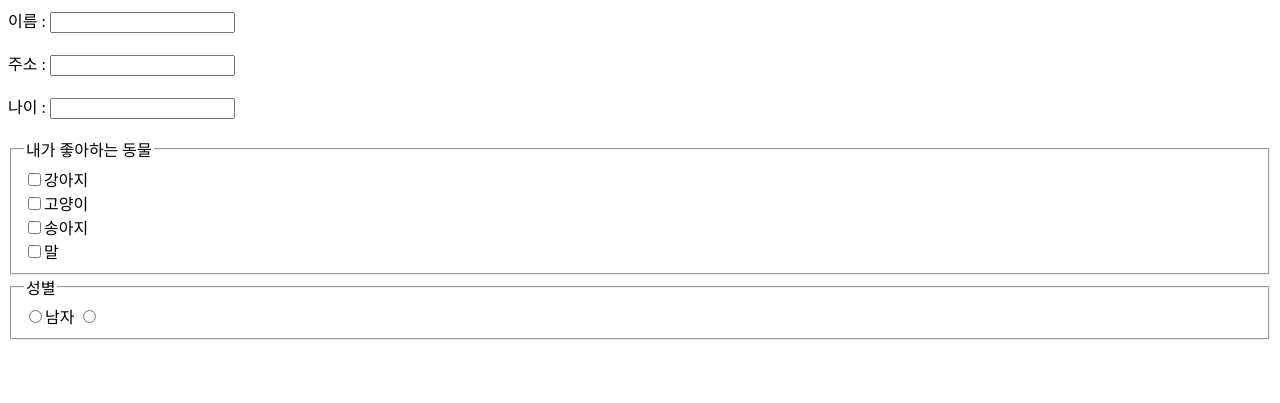
Repository: HyoJun-A/jsp
Page: practice01/WebContent/input.html
The author's editor kept a copy of each file at every save. The page is drawn from the files as they stood at one save, then again after the next save.
The browser window is 1280 px wide. The pictures show the whole page.

Above is the page before, as saved 2022-10-17 07:04:52.

### practice01/WebContent/input.html
<!DOCTYPE html>
<html>
<head>
<meta charset="UTF-8">
<title>입력 데이터 처리와 주고 받기</title>
</head>
<body>
<form name="indata" action="test04.jsp" method="post">
	이름 : <input type="text" name="name"><br><br>
	주소 : <input type="text" name="addr"><br><br>
	나이 : <input type="number" name="age"><br><br>
	<fieldset>
		<legend>내가 좋아하는 동물</legend>
		<input type="checkbox" name="pet" value="dog" />강아지<br>
		<input type="checkbox" name="pet" value="cat" />고양이<br>
		<input type="checkbox" name="pet" value="cow" />송아지<br>
		<input type="checkbox" name="pet" value="horse" />말<br>
	</fieldset>
	<fieldset>
		<legend>성별</legend>
		<input type="radio" name="male" value="M" />남자
		<input type="radio" name="male" value
	</fieldset>
</form>
</body>
</html>

After the next save:
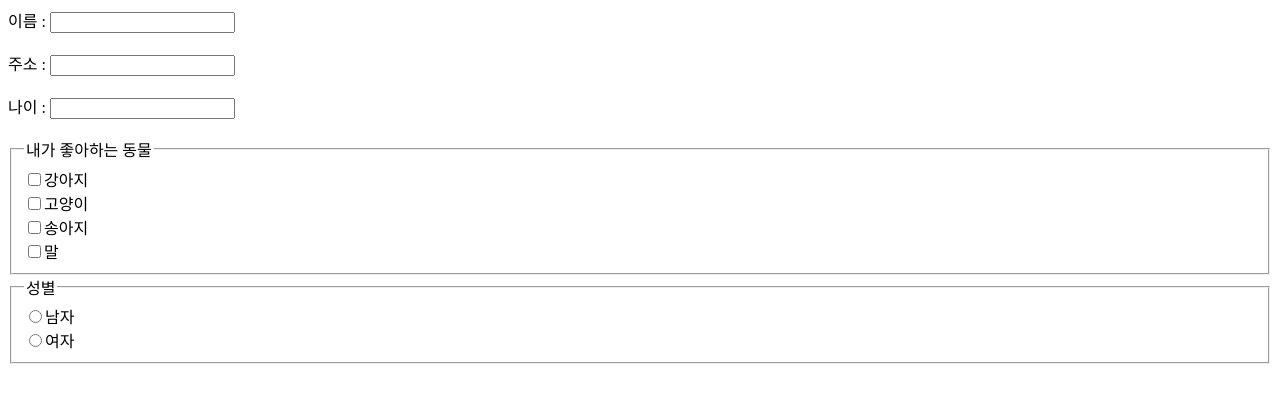
Saved 10 s later.
--- a/practice01/WebContent/input.html
+++ b/practice01/WebContent/input.html
@@ -18,8 +18,8 @@
 	</fieldset>
 	<fieldset>
 		<legend>성별</legend>
-		<input type="radio" name="male" value="M" />남자
-		<input type="radio" name="male" value
+		<input type="radio" name="male" value="M" />남자<br>
+		<input type="radio" name="male" value="F" />여자<br>
 	</fieldset>
 </form>
 </body>
